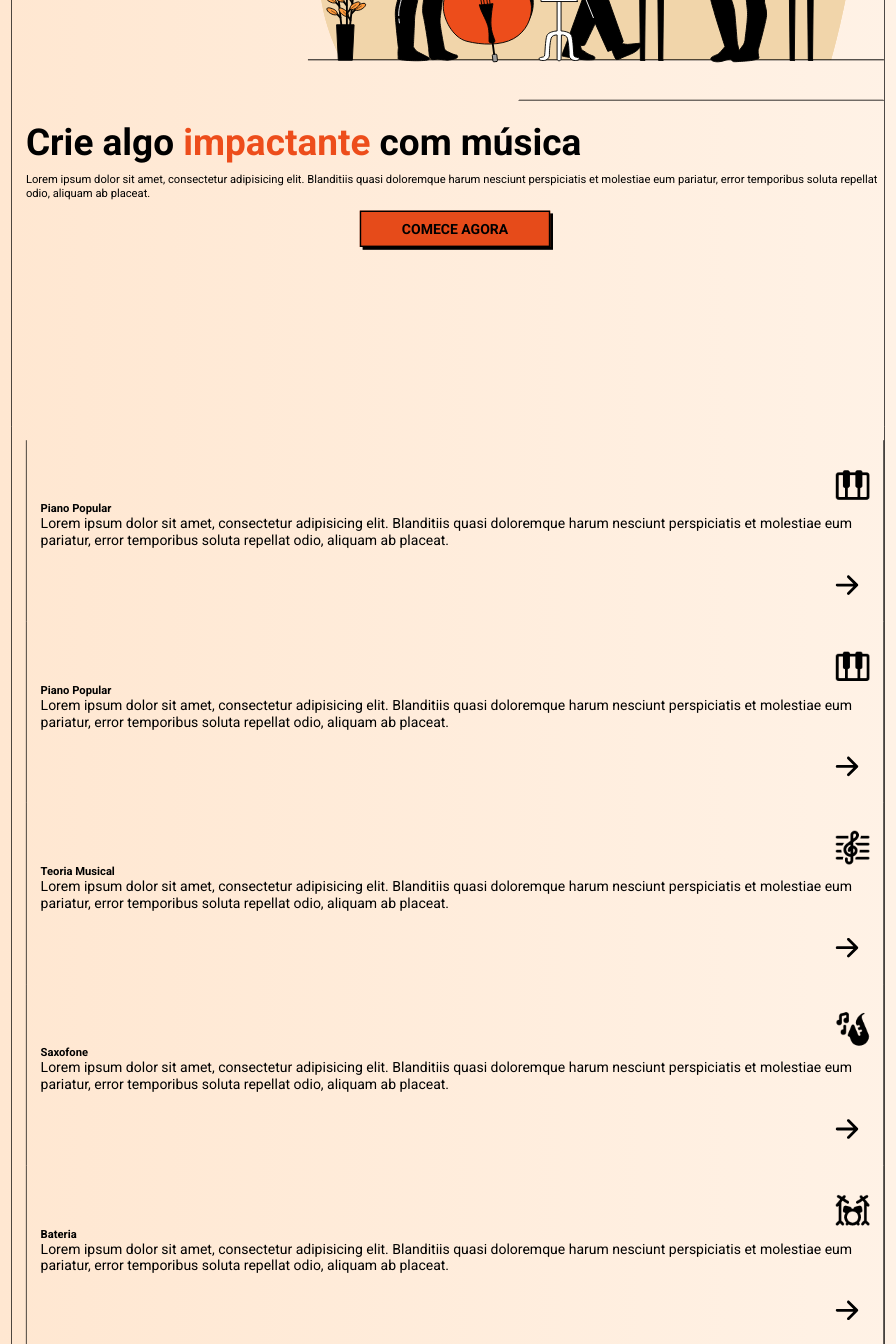
Repository: guilhermecardoso93/obebitecode
Page: index.html
An editor plug-in stored every save of this project. The page is shown before and after the next save, followed by the edit.
The browser window is 1280 px wide. The pictures show the part of the page from y = 737 to 2657 px (the page is 3148 px tall before and 3164 px after), at 70% of full size.

Above is the page before, as saved 2023-08-16 20:00:23.

After the next save:
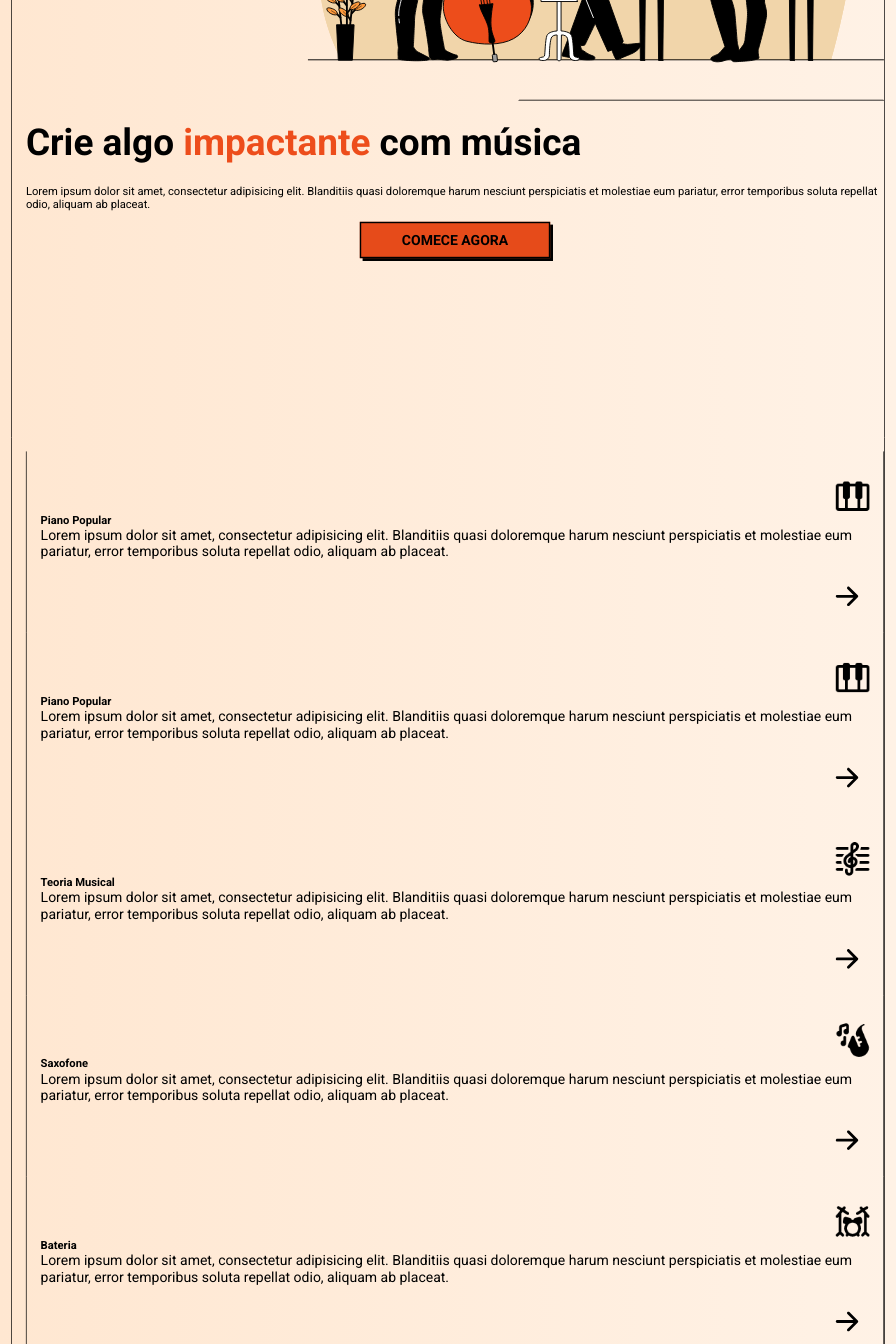
Saved 7 s later.
--- a/index.html
+++ b/index.html
@@ -30,7 +30,7 @@
           <h1 class="mt-2">
             Crie algo <span class="text-primary">impactante</span> com música
           </h1>
-          <p class="mt-1 mb-1"></p>
+          <p class="mt-2 mb-2"></p>
             Lorem ipsum dolor sit amet, consectetur adipisicing elit. Blanditiis
             quasi doloremque harum nesciunt perspiciatis et molestiae eum
             pariatur, error temporibus soluta repellat odio, aliquam ab placeat.
